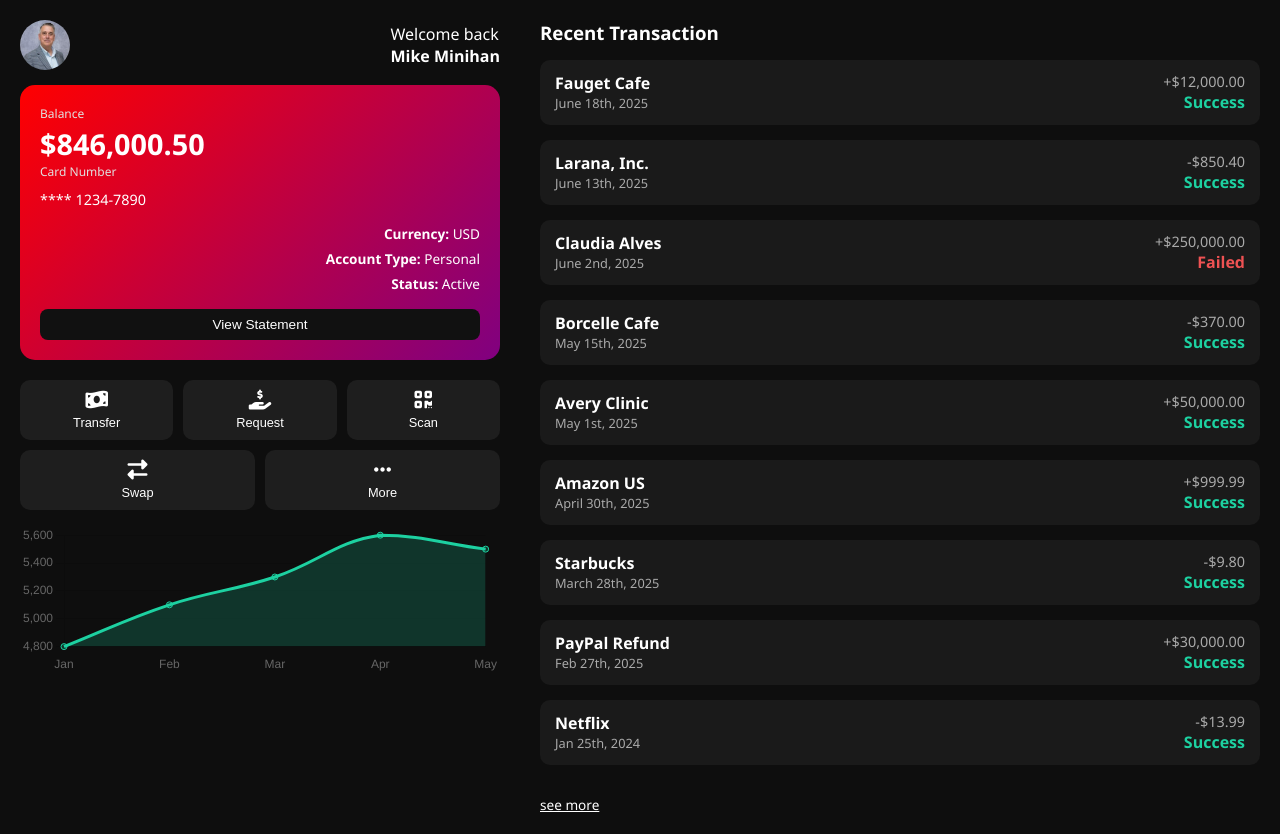
Repository: trenzyfx1/Wells-fargo-bank
Page: homepage.html
These files come from the project's save history. The page is drawn as it stood at one moment and after a run of saves; the edit follows.
The browser window is 1280 px wide. The pictures show the whole page.
Some web libraries are served in a nearby version.

Above is the page before, as saved 2025-06-20 15:36:28.

### homepage.html
<!DOCTYPE html>
<html lang="en">

<head>
    <meta charset="UTF-8" />
    <meta name="viewport" content="width=device-width, initial-scale=1.0" />
    <title>Dashboard</title>
    <link rel="stylesheet" href="./CSS/homepage.css">
    <link rel="stylesheet" href="./CSS/all.min.css">
    <link rel="icon" href="/images/favicon.png" type="image/x-icon">
    <script src="https://kit.fontawesome.com/a2e8f1a1b0.js" crossorigin="anonymous"></script>
</head>

<body>
    <div class="dashboard">

        <div class="right-panel">
            <div class="profile">
                <img src="./images/proflie.jpg" alt="User" />
                <p>Welcome back<br><strong>Mike Minihan</strong></p>
            </div>

            <div class="balance-card">
                <div class="card-top">
                    <p class="label">Balance</p>
                    <p class="balance">$846,000.50</p>

                    <p class="label">Card Number</p>
                    <p class="card-info">**** 1234-7890</p>
                </div>

                <div class="card-extra">
                    <p><strong>Currency:</strong> USD</p>
                    <p><strong>Account Type:</strong> Personal</p>
                    <p><strong>Status:</strong> Active</p>
                    <button class="statement-btn">View Statement</button>
                </div>
            </div>

            <div class="actions">
                <button><i class="fas fa-money-bill-wave"></i><span>Transfer</span></button>
                <button><i class="fas fa-hand-holding-usd"></i><span>Request</span></button>
                <button><i class="fas fa-qrcode"></i><span>Scan</span></button>
                <button><i class="fas fa-exchange-alt"></i><span>Swap</span></button>
                <button><i class="fas fa-ellipsis-h"></i><span>More</span></button>
            </div>

            <!-- Inside .balance-card after .card-extra -->
            <div class="chart-container">
                <canvas id="balanceChart"></canvas>
            </div>
        </div>

        <div class="left-panel">
            <div class="transactions">
                <h3>Recent Transaction</h3>

                <div class="transaction">
                    <div>
                        <strong>Fauget Cafe</strong>
                        <p>June 18th, 2025</p>
                    </div>
                    <div class="right-detail">
                        <p>+$12,000.00</p>
                        <span class="success">Success</span>
                    </div>
                </div>

                <div class="transaction">
                    <div>
                        <strong>Larana, Inc.</strong>
                        <p>June 13th, 2025</p>
                    </div>
                    <div class="right-detail">
                        <p>-$850.40</p>
                        <span class="success">Success</span>
                    </div>
                </div>

                <div class="transaction">
                    <div>
                        <strong>Claudia Alves</strong>
                        <p>June 2nd, 2025</p>
                    </div>
                    <div class="right-detail">
                        <p>+$250,000.00</p>
                        <span class="failed">Failed</span>
                    </div>
                </div>

                <div class="transaction">
                    <div>
                        <strong>Borcelle Cafe</strong>
                        <p>May 15th, 2025</p>
                    </div>
                    <div class="right-detail">
                        <p>-$370.00</p>
                        <span class="success">Success</span>
                    </div>
                </div>

                <div class="transaction">
                    <div>
                        <strong>Avery Clinic</strong>
                        <p>May 1st, 2025</p>
                    </div>
                    <div class="right-detail">
                        <p>+$50,000.00</p>
                        <span class="success">Success</span>
                    </div>
                </div>

                <div class="transaction">
                    <div>
                        <strong>Amazon US</strong>
                        <p>April 30th, 2025</p>
                    </div>
                    <div class="right-detail">
                        <p>+$999.99</p>
                        <span class="success">Success</span>
                    </div>
                </div>

                <div class="transaction">
                    <div>
                        <strong>Starbucks</strong>
                        <p>March 28th, 2025</p>
                    </div>
                    <div class="right-detail">
                        <p>-$9.80</p>
                        <span class="success">Success</span>
                    </div>
                </div>

                <div class="transaction">
                    <div>
                        <strong>PayPal Refund</strong>
                        <p>Feb 27th, 2025</p>
                    </div>
                    <div class="right-detail">
                        <p>+$30,000.00</p>
                        <span class="success">Success</span>
                    </div>
                </div>

                <div class="transaction">
                    <div>
                        <strong>Netflix</strong>
                        <p>Jan 25th, 2024</p>
                    </div>
                    <div class="right-detail">
                        <p>-$13.99</p>
                        <span class="success">Success</span>
                    </div>
                </div>

                <a class="see-more" href="#">see more</a>
            </div>
        </div>
    </div>

    <script src="https://cdn.jsdelivr.net/npm/chart.js"></script>
    <script src="./JS/chart.js"></script>
</body>

</html>

### CSS/homepage.css
* {
    margin: 0;
    padding: 0;
    box-sizing: border-box;
}

body {
    font-family: 'Segoe UI', sans-serif;
    background: #0e0e0e;
    color: white;
}

.dashboard {
    display: flex;
    flex-direction: column;
    gap: 20px;
    padding: 20px;
}

.profile {
    display: flex;
    justify-content: space-between;
    align-items: center;
}

.profile img {
    width: 50px;
    height: 50px;
    border-radius: 50%;
}

.balance-card {
    background: linear-gradient(135deg, red, purple);
    padding: 20px;
    border-radius: 15px;
    color: #fff;
    margin-top: 15px;
}

.balance-card .balance {
    font-size: 1.8rem;
    font-weight: bold;
}

.card-info {
    margin: 10px 0;
    font-size: 0.9rem;
}

.actions {
    display: flex;
    flex-wrap: wrap;
    gap: 10px;
    margin-top: 20px;
}

.actions button {
    background: #1e1e1e;
    border: none;
    color: #fff;
    padding: 10px;
    border-radius: 10px;
    flex: 1 1 28%;
    display: flex;
    flex-direction: column;
    align-items: center;
    font-size: 0.8rem;
    gap: 5px;
    cursor: pointer;
}

.actions button i {
    font-size: 20px;
}

.chart-container {
  height: 150px;
  width: 100%;
  margin-top: 15px;
}


.transactions {
    display: flex;
    flex-direction: column;
    gap: 15px;
}

.transaction {
    background: #1a1a1a;
    padding: 10px 15px;
    border-radius: 10px;
    display: flex;
    justify-content: space-between;
    align-items: center;
}

.transaction p {
    font-size: 0.8rem;
    color: #aaa;
}

.success {
    color: #1dd1a1;
    font-weight: bold;
}

.failed {
    color: #ee5253;
    font-weight: bold;
}

/* Add inside existing CSS */

.transaction {
    background: #1a1a1a;
    padding: 12px 15px;
    border-radius: 10px;
    display: flex;
    justify-content: space-between;
    align-items: flex-start;
}

.right-detail {
    text-align: right;
}

.right-detail p {
    margin: 0;
    font-size: 0.9rem;
}

.see-more {
    margin-top: 15px;
    display: inline-block;
    color: white;
    font-size: 0.85rem;
    text-decoration: underline;
}

.label {
    font-size: 0.75rem;
    color: #e0e0e0;
    margin-bottom: 2px;
}

.card-top {
    margin-bottom: 15px;
    text-align: left;
}

.card-extra {
    display: flex;
    flex-direction: column;
    gap: 6px;
    text-align: right;
    font-size: 0.85rem;
}

.statement-btn {
    margin-top: 10px;
    padding: 8px;
    background: #111;
    border: none;
    color: white;
    border-radius: 8px;
    cursor: pointer;
    font-size: 0.85rem;
}


/* Desktop Layout */
@media (min-width: 768px) {
    .dashboard {
        flex-direction: row;
        align-items: flex-start;
        gap: 40px;
    }

    .left-panel {
        flex: 1.5;
    }

    .right-panel {
        flex: 1;
        position: sticky;
        top: 20px;
    }
}

### JS/chart.js
const ctx = document.getElementById('balanceChart').getContext('2d');

new Chart(ctx, {
    type: 'line',
    data: {
        labels: ['Jan', 'Feb', 'Mar', 'Apr', 'May'],
        datasets: [{
            label: 'Balance Trend',
            data: [4800, 5100, 5300, 5600, 5500],
            borderColor: '#1dd1a1',
            backgroundColor: 'rgba(29,209,161,0.2)',
            tension: 0.4,
            pointRadius: 3,
            fill: true
        }]
    },
    options: {
        responsive: true,
        maintainAspectRatio: false,
        plugins: { legend: { display: false } },
        scales: {
            x: { grid: { display: false } },
            y: { ticks: { beginAtZero: false } }
        }
    }
});

Loaded but not shown: CSS/all.min.css (library)

After the next 2 saves:
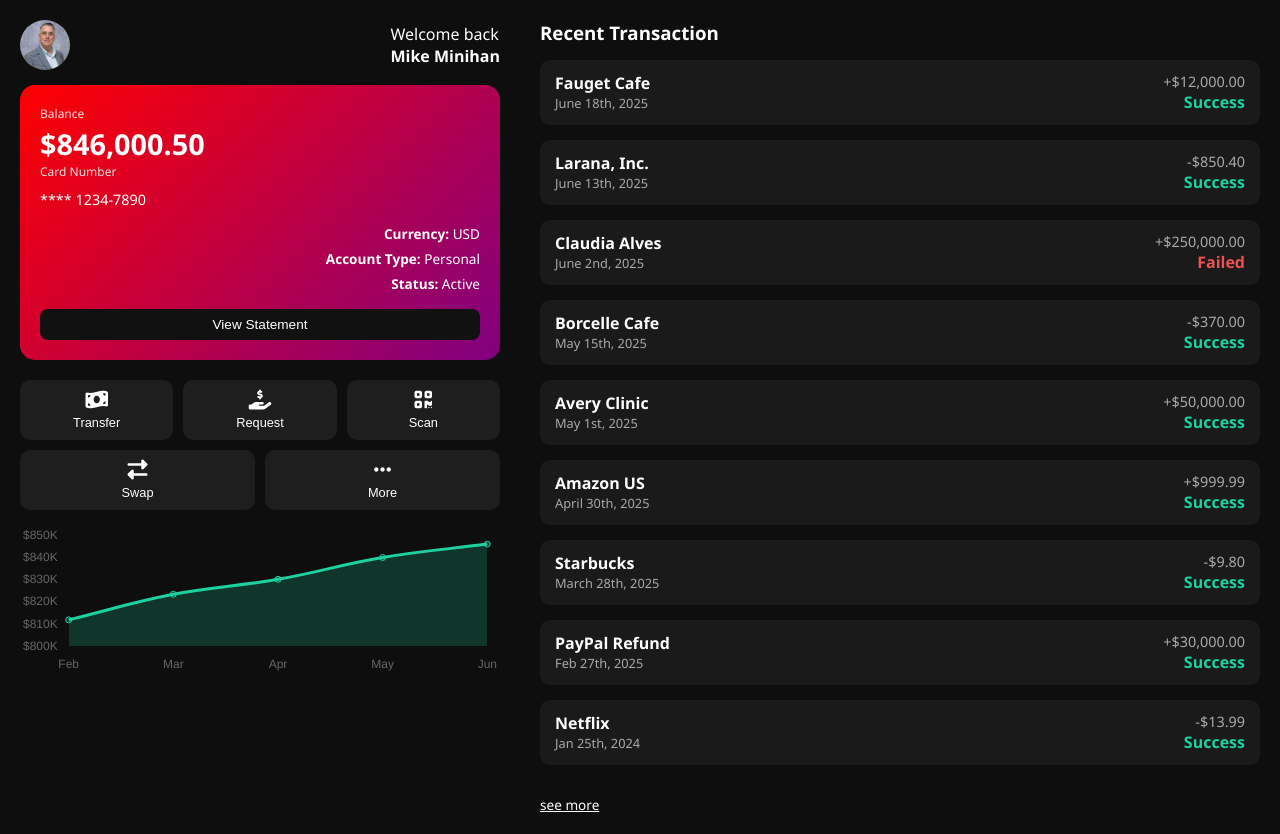
The 2 saves are shown as one change because they came seconds apart.
The last was saved 2 min 35 s later.
--- a/JS/chart.js
+++ b/JS/chart.js
@@ -3,10 +3,10 @@
 new Chart(ctx, {
     type: 'line',
     data: {
-        labels: ['Jan', 'Feb', 'Mar', 'Apr', 'May'],
+        labels: ['Feb', 'Mar', 'Apr', 'May', 'Jun'],
         datasets: [{
             label: 'Balance Trend',
-            data: [4800, 5100, 5300, 5600, 5500],
+            data: [812000, 823500, 830200, 840000, 846000],
             borderColor: '#1dd1a1',
             backgroundColor: 'rgba(29,209,161,0.2)',
             tension: 0.4,
@@ -17,10 +17,30 @@
     options: {
         responsive: true,
         maintainAspectRatio: false,
-        plugins: { legend: { display: false } },
+        plugins: {
+            legend: { display: false },
+            tooltip: {
+                callbacks: {
+                    label: function (context) {
+                        return `$${context.raw.toLocaleString()}`;
+                    }
+                }
+            }
+        },
         scales: {
-            x: { grid: { display: false } },
-            y: { ticks: { beginAtZero: false } }
+            y: {
+                ticks: {
+                    callback: function (value) {
+                        return '$' + (value / 1000) + 'K';
+                    },
+                    beginAtZero: false
+                },
+                min: 800000,
+                max: 850000
+            },
+            x: {
+                grid: { display: false }
+            }
         }
     }
 });
